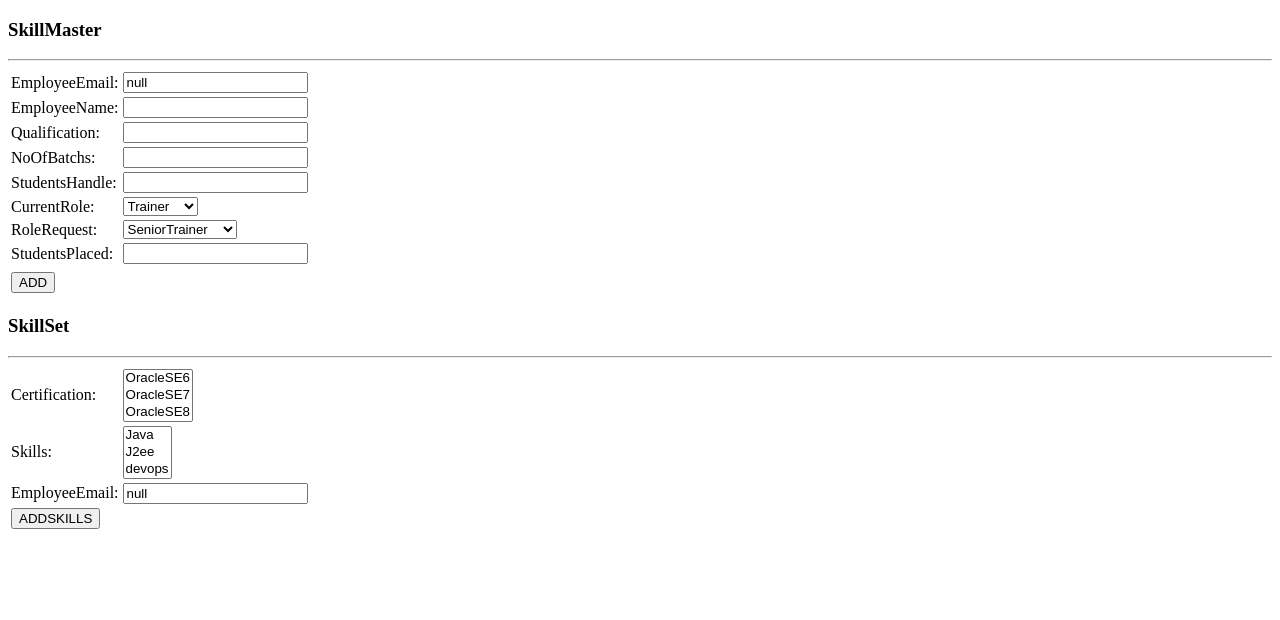
Repository: Karthi-Mano/AdvanceJavaPrograms
Page: http://localhost/CEBProject/skillsetrequest.jsp
The author's editor kept a copy of each file at every save. The page is drawn from the files as they stood at one save, then again after the next save.
The browser window is 1280 px wide. The pictures show the whole page.
The page is served by Tomcat 9.

Above is the page before, as saved 2018-05-12 19:51:23.

After the next save:
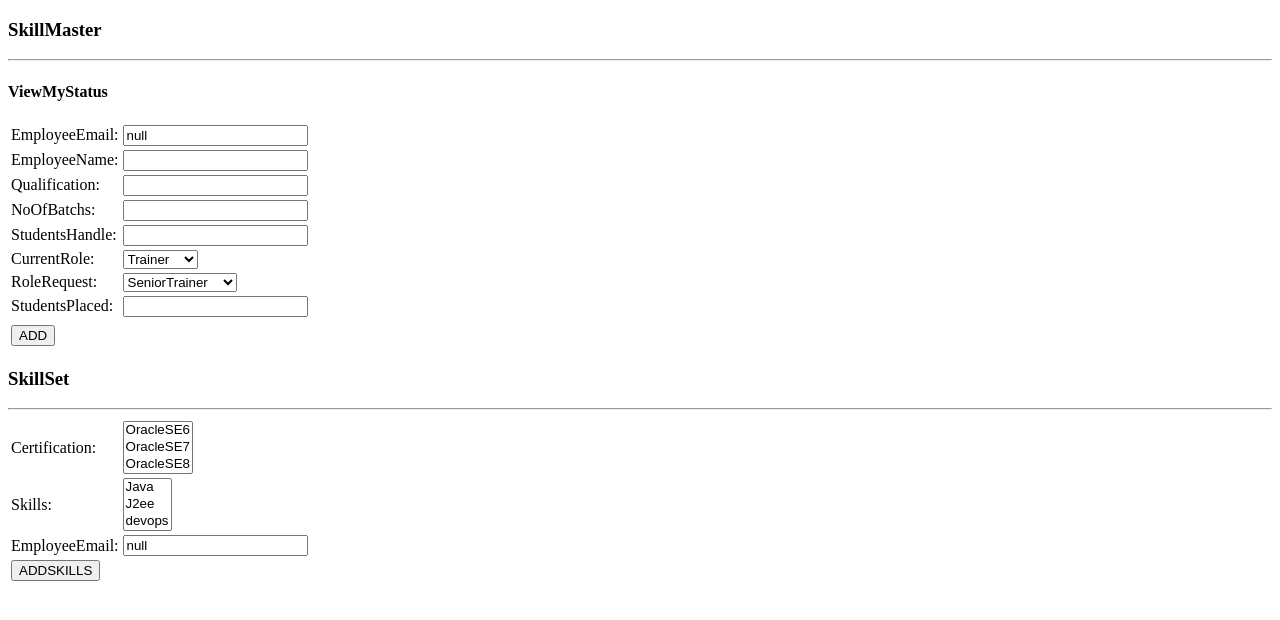
Saved 5 h 47 min later.
--- a/CEBProject/WebContent/skillsetrequest.jsp
+++ b/CEBProject/WebContent/skillsetrequest.jsp
@@ -10,6 +10,7 @@
 <body>
 <h3>SkillMaster</h3>
 <hr>
+<h4>ViewMyStatus</h4>
 <%
 HttpSession sess=request.getSession(true);
 String s=(String)sess.getAttribute("email");
